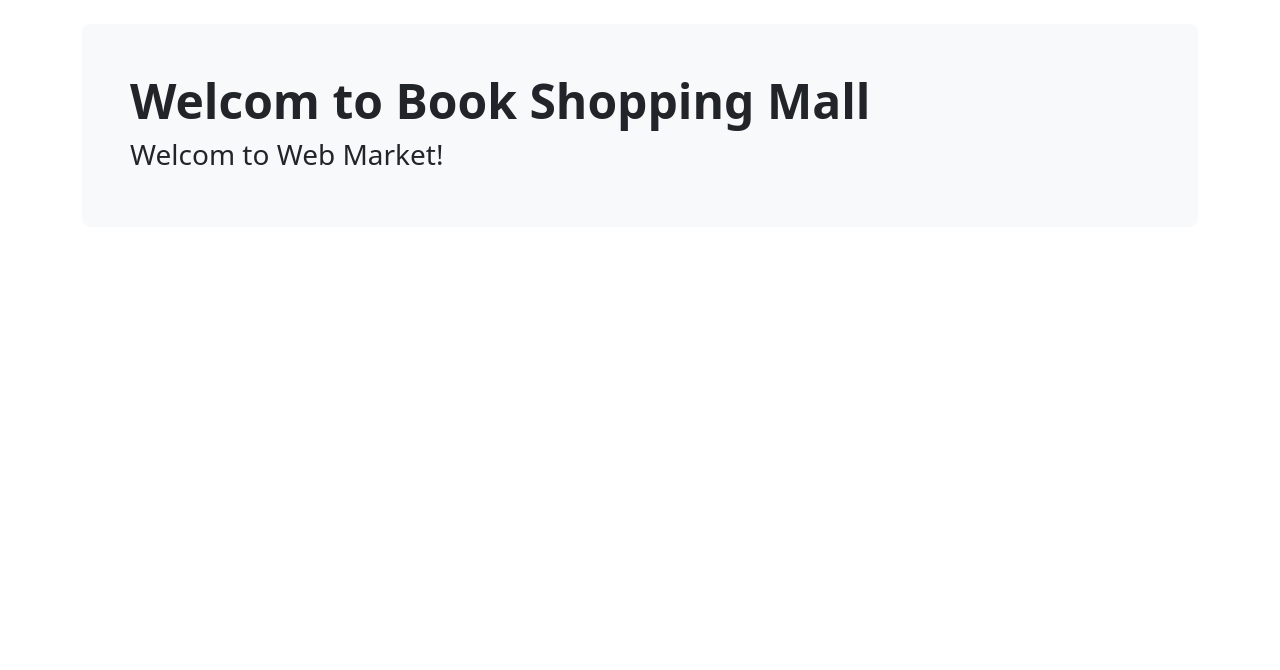
Repository: SJM7301/KH-JSP
Page: http://localhost/JSPBook/welcome.jsp
The author's editor kept a copy of each file at every save. The page is drawn from the files as they stood at one save, then again after the next save.
The browser window is 1280 px wide. The pictures show the whole page.
The page is served by Tomcat 10. Nobody is signed in. The application's start-up code is not run. Other server files are loaded and not shown.

Above is the page before, as saved 2025-01-31 07:09:05.

### JSPBook/src/main/webapp/welcome.jsp
<%@ page language="java" contentType="text/html; charset=UTF-8"
	pageEncoding="UTF-8"%>
<!DOCTYPE html>
<html>
<head>
<meta charset="EUC-KR">
<title>Welcome</title>

<link
	href="https://cdn.jsdelivr.net/npm/bootstrap@5.3.3/dist/css/bootstrap.min.css"
	rel="stylesheet">
</head>
<body>
	<div class = "container py-4">
		<header>

		</header>
		<%!
			String greeting = "Welcom to Book Shopping Mall";
			String tagline = "Welcom to Web Market!";
		%>

		<div class = "p-5 mb-4 bg-body-tertiary rounded-3">
			<div>
				<h1 class="display-5 fw-bold"><%=greeting%></h1>
				<h3><%=tagline%></h3>
			</div>
		</div>
	</div>
</body>
</html>

After the next save:
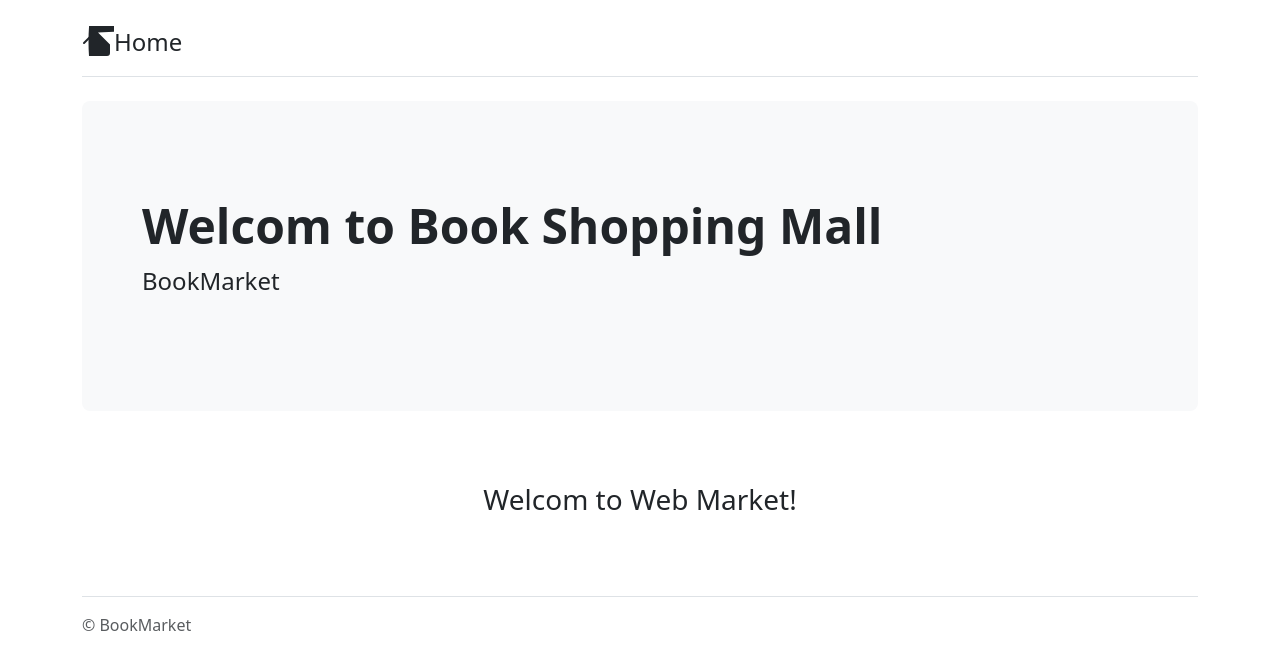
Saved 15 min 36 s later.
--- a/JSPBook/src/main/webapp/welcome.jsp
+++ b/JSPBook/src/main/webapp/welcome.jsp
@@ -11,21 +11,44 @@
 	rel="stylesheet">
 </head>
 <body>
-	<div class = "container py-4">
-		<header>
+	<div class="container py-4">
+		<header class="pb-3 mb-4 border-bottom">
+			<a href="./welcom.jsp"
+				class="d-flex align-items-center text-dark text-decoration-none">
+			<svg width="32" height="32" fill="currentColor"
+				class="bi bi-house-fill" viewBox="0 0 16 16">
+			<path
+				d="M8.707 1.5a1 1 0 0 0-1.414 0L.646 8.146a.5.5 0 0 0 .708.708L82.207l6 .646 6.647a.5.5 0 0 0 .708-708L13 5.793V2.5a.5.5 0 0 0-.5-.5h-1a.5.5 0 0 0-.5.5v1.293L8.707 1.5Z" />
+			<path
+				d="m8 3.293 6 6V13.5a1.5 1.5 0 0 1-1.5 1.5h-9A1.5 1.5 0 0 1 213 .5V9.29316-6Z" />
+			</svg>
+				<span class="fs-4">Home</span>
+			</a>
+		</header>
 
-		</header>
 		<%!
 			String greeting = "Welcom to Book Shopping Mall";
 			String tagline = "Welcom to Web Market!";
 		%>
 
-		<div class = "p-5 mb-4 bg-body-tertiary rounded-3">
-			<div>
+		<div class="p-5 mb-4 bg-body-tertiary rounded-3">
+			<div class="container-fluid py-5">
 				<h1 class="display-5 fw-bold"><%=greeting%></h1>
-				<h3><%=tagline%></h3>
+				<p class="col-md-8 fs-4">BookMarket</p>
 			</div>
 		</div>
+
+		<div class="row align-items-md-stretch text-center">
+			<div class="col-md-12">
+				<div class="h-100 p-5">
+					<h3><%=tagline%></h3>
+				</div>
+			</div>
+		</div>
+
+		<footer class="pt-3 mt-4 text-body-secondary border-top">
+			&copy; BookMarket
+		</footer>
 	</div>
 </body>
 </html>
